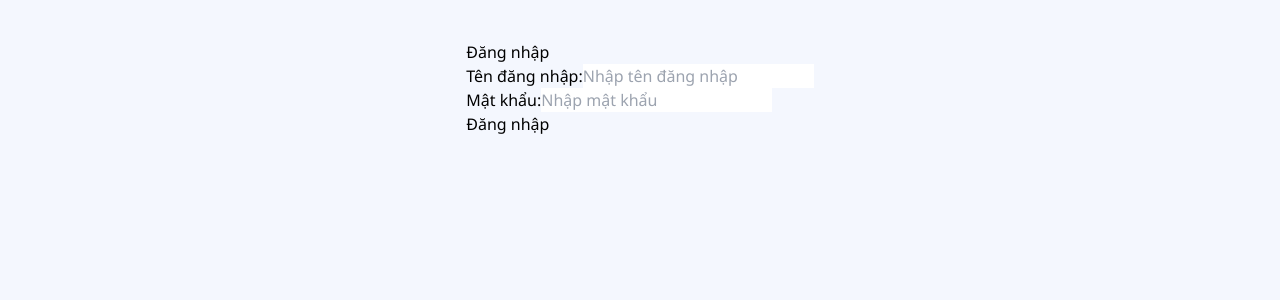
Repository: phuc258/BTVN03-REACT03
Page: /login
The author's editor kept a copy of each file at every save. The page is drawn from the files as they stood at one save, then again after the next save.
The browser window is 1280 px wide. The pictures show the whole page.
The project was rebuilt for these pictures with package versions that can differ from the ones it lists, and the page was loaded fresh each time. Also part of the build but not shown: vite.config.ts, src/pages/NotFoundPage.tsx, src/pages/TodoPage.tsx, src/routes/PrivateRoute.tsx.

Above is the page before, as saved 2026-01-18 23:42:14.

After the next save:
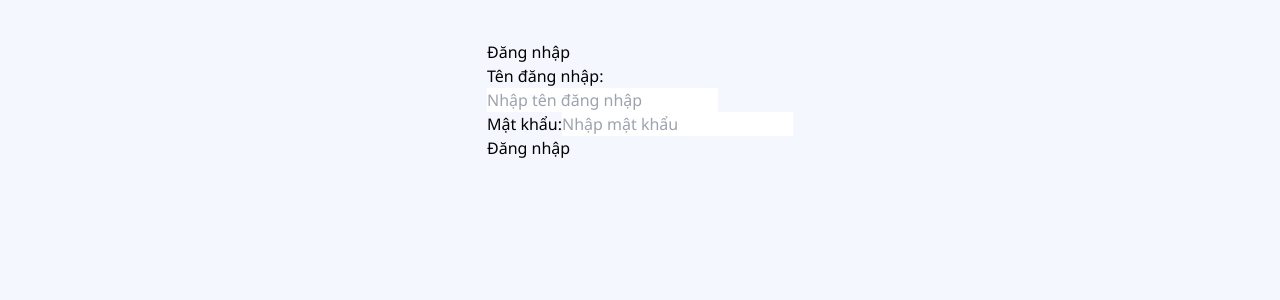
Saved 37 s later.
--- a/src/pages/LoginPage.tsx
+++ b/src/pages/LoginPage.tsx
@@ -23,7 +23,7 @@ const LoginPage: React.FC = () => {
             <h1>Đăng nhập</h1>
             <form onSubmit={handleSubmit}>
                 <div>
-                    <label>Tên đăng nhập:</label>
+                    <label>Tên đăng nhập:</label><br></br>
                     <input
                         type="text"
                         placeholder="Nhập tên đăng nhập"
